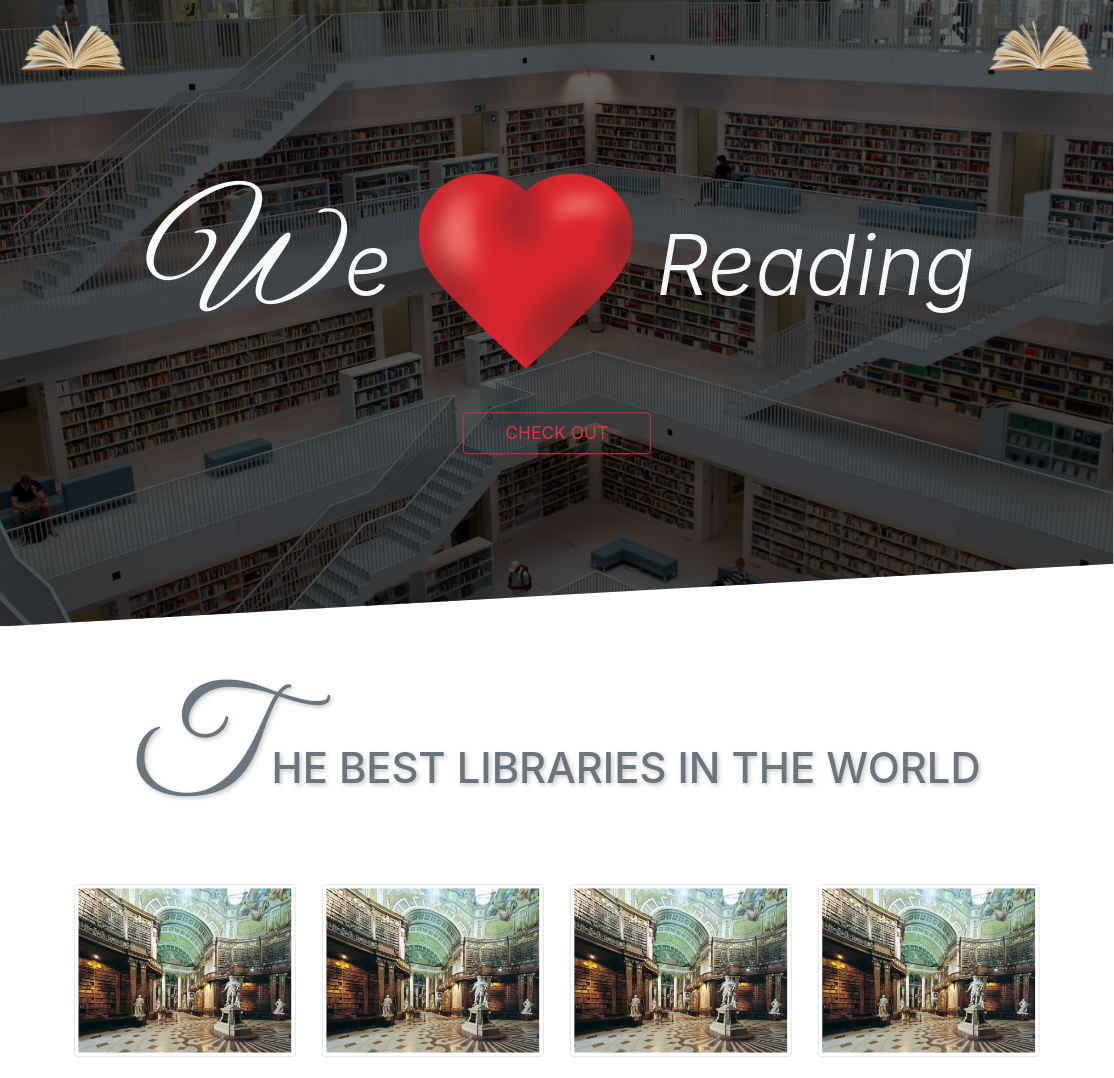
Repository: imedakrouti/BookStore
Page: index.html
The author's editor kept a copy of each file at every save. The page is drawn from the files as they stood at one save, then again after the next save.
The browser window is 1280 px wide. The pictures show the whole page, at 87% of full size.
Backgrounds fixed to the window are drawn as part of the page. Some web libraries are served in a nearby version.

Above is the page before, as saved 2020-05-06 14:10:03.

After the next save:
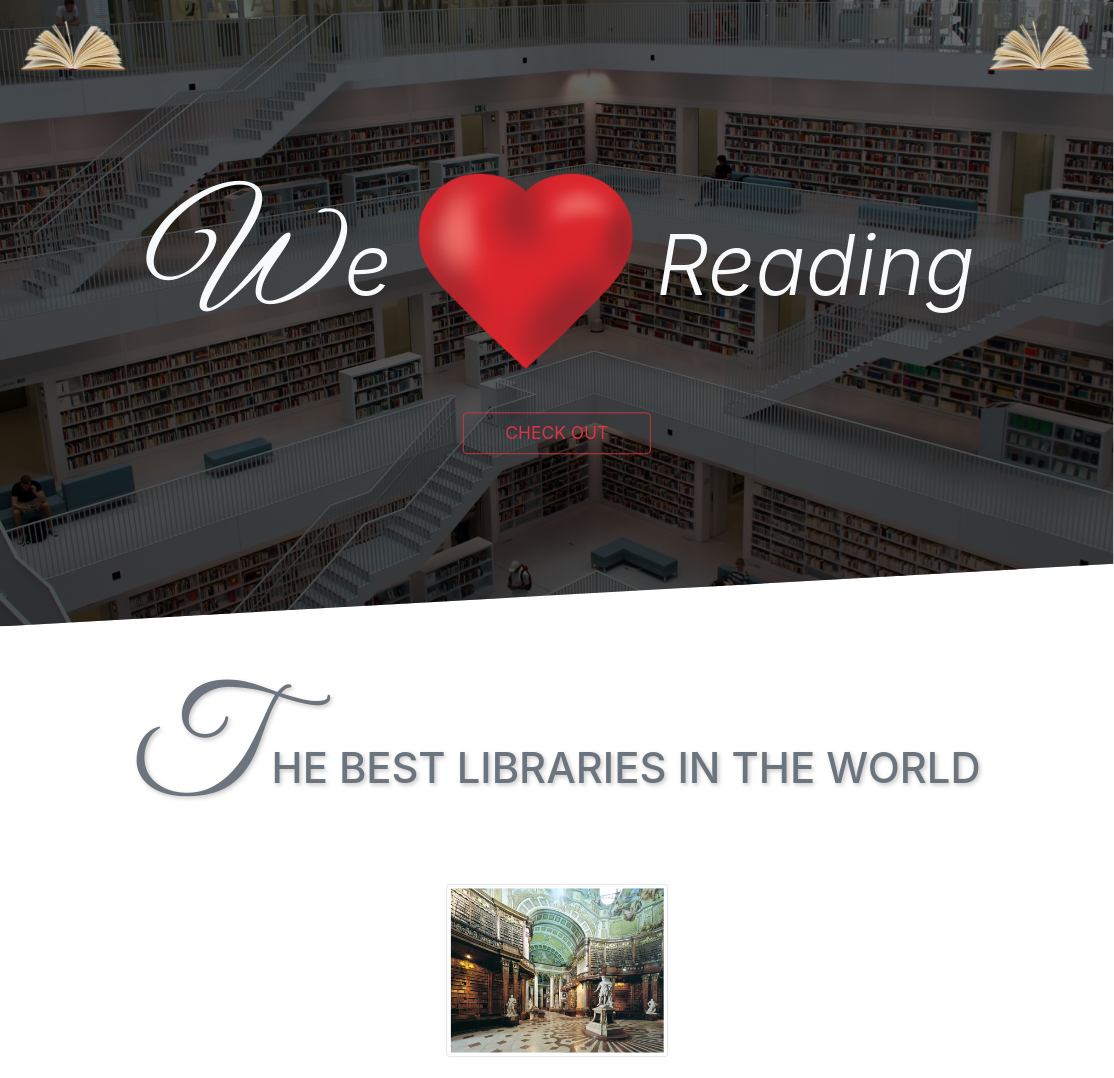
Saved 48 s later.
--- a/index.html
+++ b/index.html
@@ -43,19 +43,11 @@
                     <h1 class="text-uppercase font-itaclic text-secondary gallerie-title">THE BEST LIBRARIES IN THE WORLD</h1>
                 </div>
             </div>
-            <div class="row mb-4">
+            <div class="row mb-4  align-items-end first-row">
                 <div class="col-lg-3 col-sm-6 col-10 mx-auto">
                     <a href="images/img/libraries/library1.jpg"> <img src="images/img/libraries/library1.jpg" alt=""class="img-thumbnail"></a>
                  </div>
-                <div class="col-lg-3 col-sm-6 col-10 mx-auto">
-                    <a href=""> <img src="images/img/libraries/library1.jpg" alt=""class="img-thumbnail"></a>
-                 </div>
-                <div class="col-lg-3 col-sm-6 col-10 mx-auto">
-                    <a href=""> <img src="images/img/libraries/library1.jpg" alt=""class="img-thumbnail"></a>
-                 </div>
-                <div class="col-lg-3 col-sm-6 col-10 mx-auto">
-                    <a href=""> <img src="images/img/libraries/library1.jpg" alt=""class="img-thumbnail"></a>
-                 </div>
+
 
                  </div>
 
